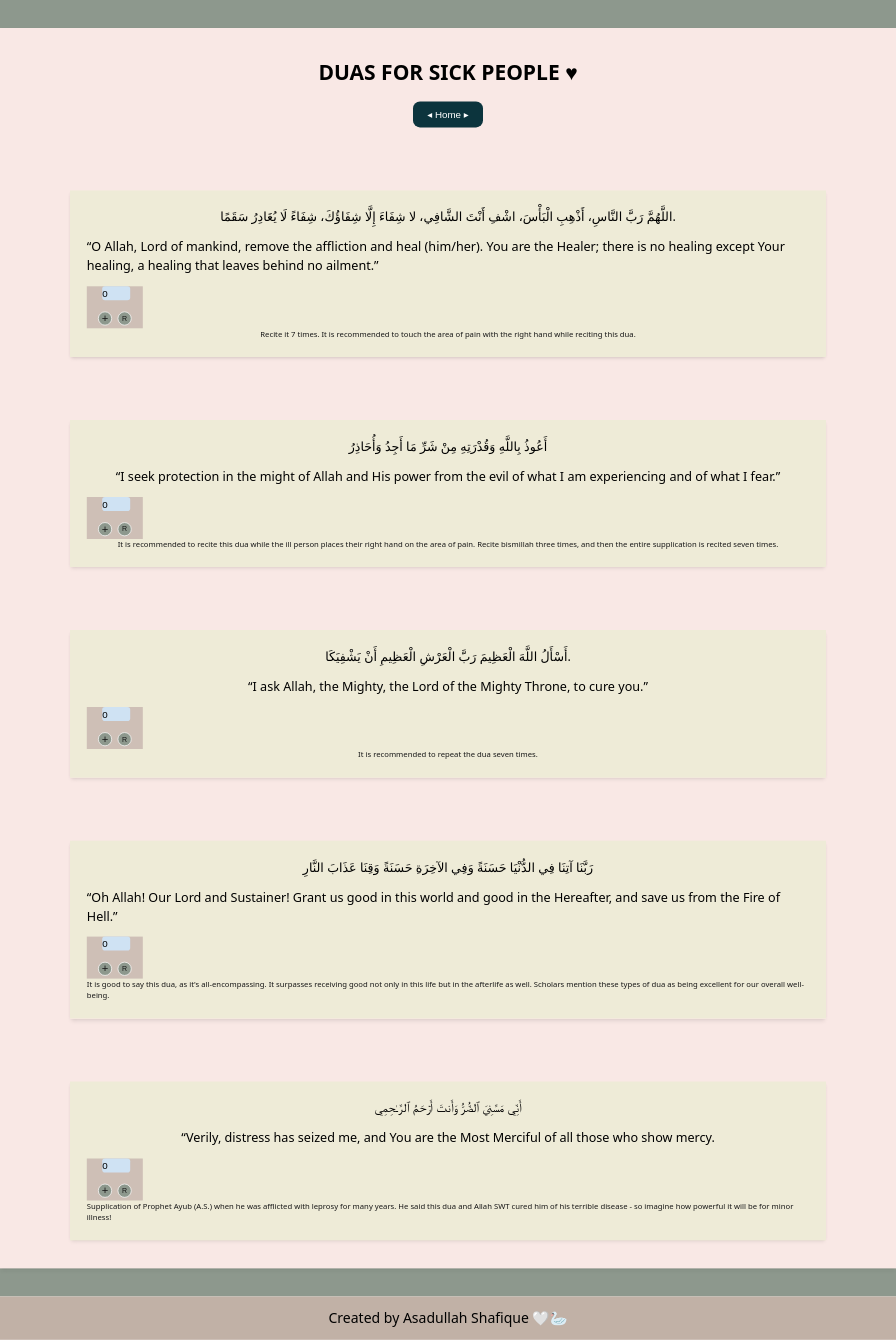
Repository: asadullah48/Duas_Diary
Page: /sick
These files come from the project's save history. The page is drawn as it stood at one moment and after a run of saves; the edit follows.
The browser window is 1280 px wide. The pictures show the whole page, at 70% of full size.
The project was rebuilt for these pictures with package versions that can differ from the ones it lists, and the page was loaded fresh each time. The framework's server and built-in components were replaced by stand-ins that run in the browser. Also part of the build but not shown: next.config.ts.

Above is the page before, as saved 2024-11-30 10:10:57.

After the next 2 saves:
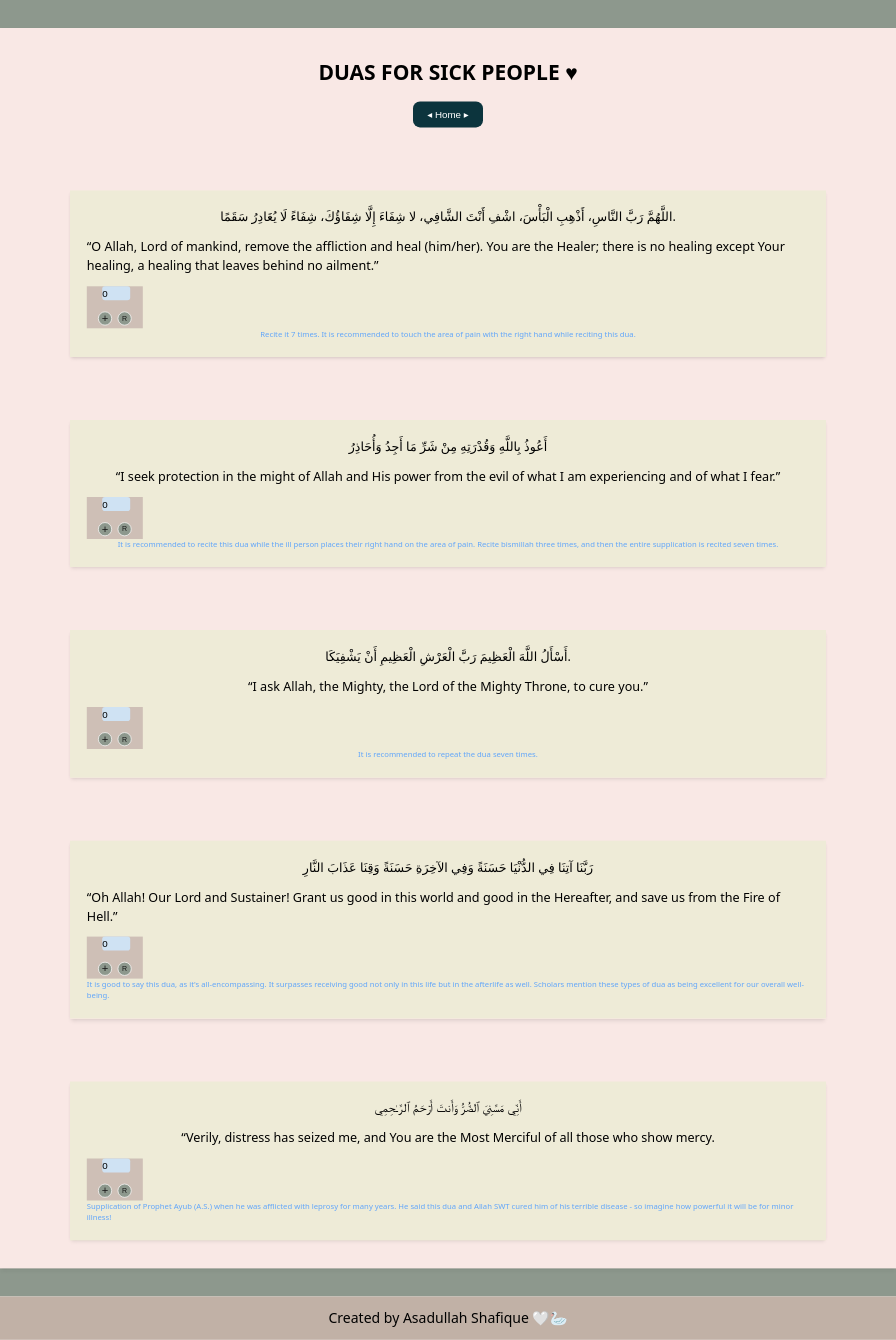
The 2 saves are shown as one change because they came seconds apart.
The last was saved 7 s later.
--- a/src/components/props.tsx
+++ b/src/components/props.tsx
@@ -22,7 +22,7 @@ export default function LightPinkSection({
         {paragraph2}
       </p>
       <div>{buttonText}</div>
-      <p className="text--400 text-[11px] font-sans flex justify-center">
+      <p className="text-blue-400 text-[11px] font-sans flex justify-center">
         {note}
       </p>
     </div>
